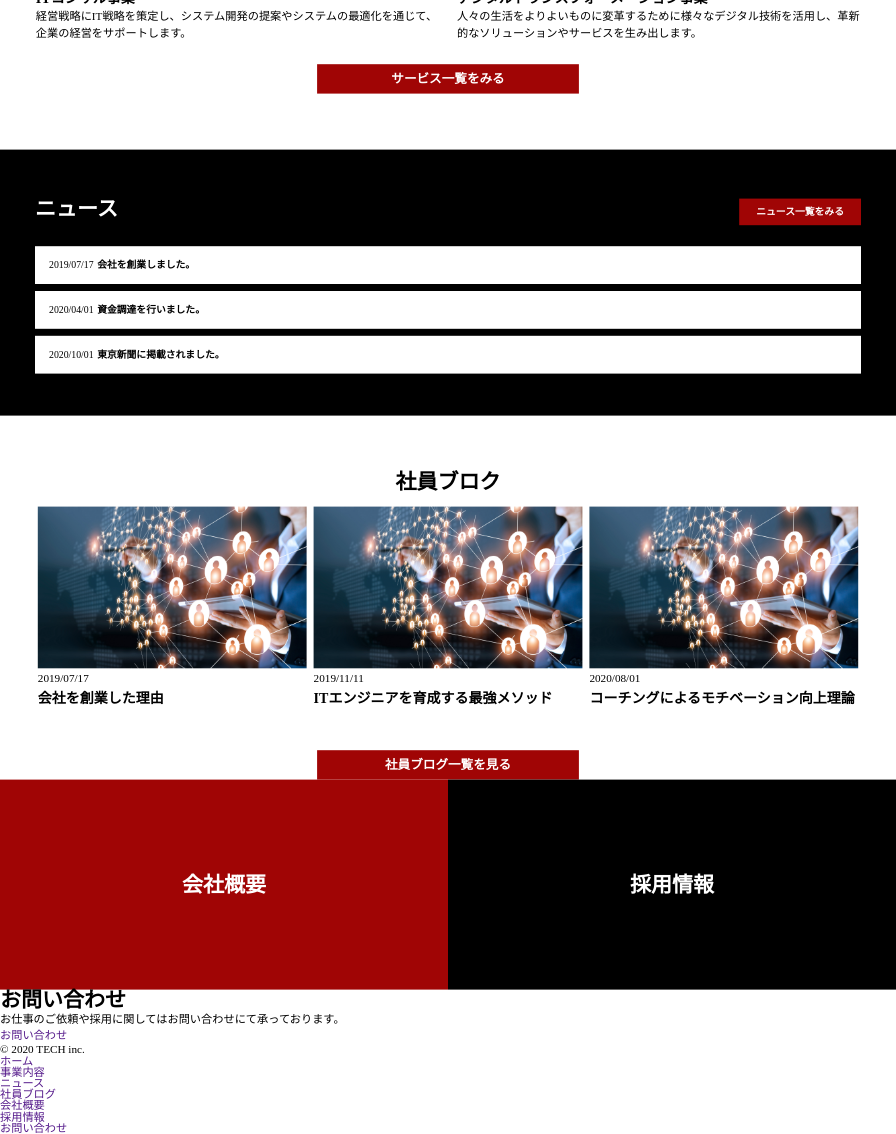
Repository: masanarimiura/20220516_miura
Page: index.html
The author's editor kept a copy of each file at every save. The page is drawn from the files as they stood at one save, then again after the next save.
The browser window is 1280 px wide. The pictures show the part of the page from y = 1964 to 3884 px (the page is 3584 px tall before and 3884 px after), at 70% of full size.

Above is the page before, as saved 2022-05-13 20:56:04.

### index.html
<!DOCTYPE html>
<html lang="ja">

<head>
  <meta charset="UTF-8">
  <meta http-equiv="X-UA-Compatible" content="IE=edge">
  <meta name="viewport" content="width=device-width, initial-scale=1.0">
  <title>Document</title>
  <link rel="stylesheet" href="css/reset.css">
  <link rel="stylesheet" href="css/index.css">
</head>

<body>

  <header class="header">
    <h2 class="header__ttl">TECH</h2>
    <nav class="header__nav">
      <ul>
        <li><a href="" class="header__nav__item1">ホーム</a></li>
        <li><a href="" class="header__nav__item2">事業内容</a></li>
        <li><a href="" class="header__nav__item3">ニュース</a></li>
        <li><a href="" class="header__nav__item4">社員ブログ</a></li>
        <li><a href="" class="header__nav__item5">会社概要</a></li>
        <li><a href="" class="header__nav__item6">採用情報</a></li>
        <li><a href="" class="header__nav__item7">お問い合わせ</a></li>
      </ul>
    </nav>
  </header>

  <div class="eyecatch">
    <div class="eyecatch__content">
      <h1 class="eyecatch__content__ttl">最新のテクノロジーで社会課題を解決</h1>
      <p class="eyecatch__content__txt">solving social issues with the latest tdchnology</p>
    </div>
  </div>

  <div class="message">
    <div class="message__inner">
      <h2 class="message__ttl">株式会社TECHの想い</h2>
      <p class="message__txt">
        あらゆる産業において、新たなデジタル技術を使ってこれまでにないビジネスモデルを展開する新規参入者が養生し、ゲームチェンジが起ころうとしています。こうした中で、各企業は、競争力維持・強化のために。DXを迅速に進めていくことが求められています。しかし、DXにおいて投資コストは非常にかかります。株式会社TECHでは独自のオペレーションと人材教育により、他社よりも価格を抑えた開発を行います。
      </p>
    </div>
  </div>

  <div class="service">
    <h2 class="service__ttl">サービス</h2>
    <div class="service__inner">
      <div class="service__box">
        <img src="img/service1.png" alt="" class="service__box__img">
        <h3 class="service__box__ttl">IT人材育成事業</h3>
        <p class="service__box__txt">これまでに培った教育手法を生かして、短期間で即戦力のIT人材を育成します。</p>
      </div>
      <div class="service__box">
        <img src="img/service2.png" alt="" class="service__box__img">
        <h3 class="service__box__ttl">コーチング事業</h3>
        <p class="service__box__txt">目標達成を最短で実現するために、プロのコーチによるマンツーマンのサポートを実施します。</p>
      </div>
      <div class="service__box">
        <img src="img/service3.png" alt="" class="service__box__img">
        <h3 class="service__box__ttl">ITコンサル事業</h3>
        <p class="service__box__txt">経営戦略にIT戦略を策定し、システム開発の提案やシステムの最適化を通じて、企業の経営をサポートします。</p>
      </div>
      <div class="service__box">
        <img src="img/service4.png" alt="" class="service__box__img">
        <h3 class="service__box__ttl">デジタルトランスフォーメーション事業</h3>
        <p class="service__box__txt">人々の生活をよりよいものに変革するために様々なデジタル技術を活用し、革新的なソリューションやサービスを生み出します。</p>
      </div>
      <a href="" class="button">サービス一覧をみる</a>
    </div>
  </div>

  <div class="news">
    <div class="news__inner">
      <div class="news__ttl">
        <h2 class="news__ttl-txt">ニュース</h2>
        <a href="" class="service__link button">ニュース一覧をみる</a>
      </div>
      <div class="news__content">
        <ul class="news__content-inner">
          <li class="news__content-topic">
            <a herf="">2019/07/17<span>会社を創業しました。</span></a>
          </li>
          <li class="news__content-topic">
            <a herf="">2020/04/01<span>資金調達を行いました。</span></a>
          </li>
          <li class="news__content-topic">
            <a herf="">2020/10/01<span>東京新聞に掲載されました。</span></a>
          </li>
        </ul>
      </div>
    </div>
  </div>
  <div class="blog">
    <h2 class="blog__ttl">社員ブロク</h2>
    <div class="blog__inner">
      <div class="blog__box">
        <a href=""><img src="img/blog.png" alt="" class="blog__img"></a>
        <p class="blog__date">2019/07/17</p>
        <p class="blog__txt">会社を創業した理由</p>
      </div>
      <div class="blog__box">
        <a href=""><img src="img/blog.png" alt="" class="blog__img"></a>
        <p class="blog__date">2019/11/11</p>
        <p class="blog__txt">ITエンジニアを育成する最強メソッド</p>
      </div>
      <div class="blog__box">
        <a href=""><img src="img/blog.png" alt="" class="blog__img"></a>
        <p class="blog__date">2020/08/01</p>
        <p class="blog__txt">コーチングによるモチベーション向上理論</p>
      </div>
    </div>
    <a href="" class="button blog__link">社員ブログ一覧を見る</a>
  </div>

  <div class="info">
    <div class="info__company"><a href="">会社概要</a></div>
    <div class="info__recruit"><a href="">採用情報</a></div>
  </div>

  <div class="contact">
    <h2 class="contact__ttl">お問い合わせ</h2>
    <p class="contact__txt">お仕事のご依頼や採用に関してはお問い合わせにて承っております。</p>
    <p class="contact__link"><a href="">お問い合わせ</a></p>
  </div>

  <footer class="footer">
    <div class="footer__copy">&copy; 2020 TECH inc.</div>
    <ul class="footer__nav">
      <li><a href="" class="footer__nav__item1">ホーム</a></li>
      <li><a href="" class="footer__nav__item2">事業内容</a></li>
      <li><a href="" class="footer__nav__item3">ニュース</a></li>
      <li><a href="" class="footer__nav__item4">社員ブログ</a></li>
      <li><a href="" class="footer__nav__item5">会社概要</a></li>
      <li><a href="" class="footer__nav__item6">採用情報</a></li>
      <li><a href="" class="footer__nav__item7">お問い合わせ</a></li>
    </ul>
  </footer>


  <script src="js/main.js"></script>
</body>

</html>

### css/reset.css
/*
html5doctor.com Reset Stylesheet
v1.6.1
Last Updated: 2010-09-17
Author: Richard Clark - http://richclarkdesign.com
Twitter: @rich_clark
*/
html,
body,
div,
span,
object,
iframe,
h1,
h2,
h3,
h4,
h5,
h6,
p,
blockquote,
pre,
abbr,
address,
cite,
code,
del,
dfn,
em,
img,
ins,
kbd,
q,
samp,
small,
strong,
sub,
sup,
var,
b,
i,
dl,
dt,
dd,
ol,
ul,
li,
fieldset,
form,
label,
legend,
table,
caption,
tbody,
tfoot,
thead,
tr,
th,
td,
article,
aside,
canvas,
details,
figcaption,
figure,
footer,
header,
hgroup,
menu,
nav,
section,
summary,
time,
mark,
audio,
video {
  margin: 0;
  padding: 0;
  border: 0;
  outline: 0;
  font-size: 100%;
  vertical-align: baseline;
  background: transparent;
}

body {
  line-height: 1;
}

article,
aside,
details,
figcaption,
figure,
footer,
header,
hgroup,
menu,
nav,
section {
  display: block;
}

nav ul {
  list-style: none;
}

blockquote,
q {
  quotes: none;
}

blockquote:before,
blockquote:after,
q:before,
q:after {
  content: "";
  content: none;
}

a {
  margin: 0;
  padding: 0;
  font-size: 100%;
  vertical-align: baseline;
  background: transparent;
}

/* change colours to suit your needs */
ins {
  background-color: #ff9;
  color: #000;
  text-decoration: none;
}

/* change colours to suit your needs */
mark {
  background-color: #ff9;
  color: #000;
  font-style: italic;
  font-weight: bold;
}

del {
  text-decoration: line-through;
}

abbr[title],
dfn[title] {
  border-bottom: 1px dotted;
  cursor: help;
}

table {
  border-collapse: collapse;
  border-spacing: 0;
}

/* change border colour to suit your needs */
hr {
  display: block;
  height: 1px;
  border: 0;
  border-top: 1px solid #cccccc;
  margin: 1em 0;
  padding: 0;
}

input,
select {
  vertical-align: middle;
}

### css/index.css
h2 {
  font-size: 30px;
  font-weight: bold;
}
h3 {
  font-size: 20px;
  font-weight: bold;
  line-height: 1.5;
}
a {
  text-decoration: none;
}
p {
  line-height: 1.5;
}
.button {
  display: block;
  text-align: center;
  color: #fff;
  font-size: 18px;
  font-weight: bold;
  background-color: rgb(160, 5, 5);
  width: 350px;
  padding: 12px;
}

.header {
  display: flex;
  justify-content: space-between;
  text-align: center;
  padding: 20px 30px;
  position: sticky;
  top: 0;
  background-color: #fff;
  z-index: 1;
}
.header__nav ul {
  display: flex;
  justify-content: space-between;
}
.header__nav ul li {
  padding: 0 15px;
  font-size: 16px;
  font-weight: bold;
}
.header__nav ul li a {
  color: #000;
}

.eyecatch {
  display: flex;
  justify-content: center;
  align-items: center;
  text-align: center;
  background: url(../img/mv.png) center/ cover;
  height: 80vh;
}
.eyecatch__content {
  color: #fff;
}
.eyecatch__content__ttl {
  font-size: 50px;
  padding: 20px;
  line-height: 1.5;
}
.eyecatch__content__txt {
  font-weight: bold;
  font-size: 20px;
  padding: 20px;
}

.message {
  background: #000;
  display: flex;
  justify-content: center;
  align-items: center;
}
.message__inner {
  padding: 80px 80px;
}
.message__ttl {
  color: #fff;
}
.message__txt {
  color: #fff;
  line-height: 2;
  text-align: justify;
  padding: 20px 0 0;
}

.service {
  margin-top: 100px;
}
.service__ttl {
  text-align: center;
  margin-bottom: 30px;
}
.service__inner {
  display: flex;
  align-items: center;
  flex-wrap: wrap;
  justify-content: center;
}
.service__box {
  width: 45%;
  height: auto;
  padding: 1%;
  margin-bottom: 20px;
}
.service__box img {
  width: 100%;
  height: auto;
}
.service__button {
  margin-top: 50px;
}
.news {
  background: #000;
  margin-top: 80px;
}
.news__inner {
  padding: 50px 50px;
}
.news__ttl {
  display: flex;
  justify-content: space-between;
  padding: 20px 0;
}
.news__ttl-txt {
  color: #fff;
}
.service__link {
  width: 150px;
  font-size: 14px;
}
.news__content-topic a {
  background-color: #fff;
  margin: 10px 0;
  padding: 20px;
  font-size: 14px;
  display: block;
}
.news__content-topic span {
  font-weight: bold;
  display: inline-block;
  padding: 0 5px;
}

.blog {
  margin-top: 80px;
}
.blog__ttl {
  text-align: center;
}
.blog__inner {
  display: flex;
  justify-content: center;
}
.blog__box {
  width: 30%;
  margin: 20px 5px;
}
.blog__box img {
  width: 100%;
}
.blog__txt {
  font-weight: bold;
  font-size: 20px;
}
.blog__link {
  margin: 40px auto 0;
}

.info {
  display: flex;
}
.info__company {
  width: 50%;
  height: 300px;
  background: rgb(160, 5, 5);
  display: flex;
  justify-content: center;
  align-items: center;
}
.info__recruit {
  width: 50%;
  height: 300px;
  background: #000;
  display: flex;
  justify-content: center;
  align-items: center;
}
.info a {
  color: #fff;
  font-size: 30px;
  font-weight: bold;
}

Loaded but not shown: js/main.js (no copy from this time; the picture is the same without it)

After the next save:
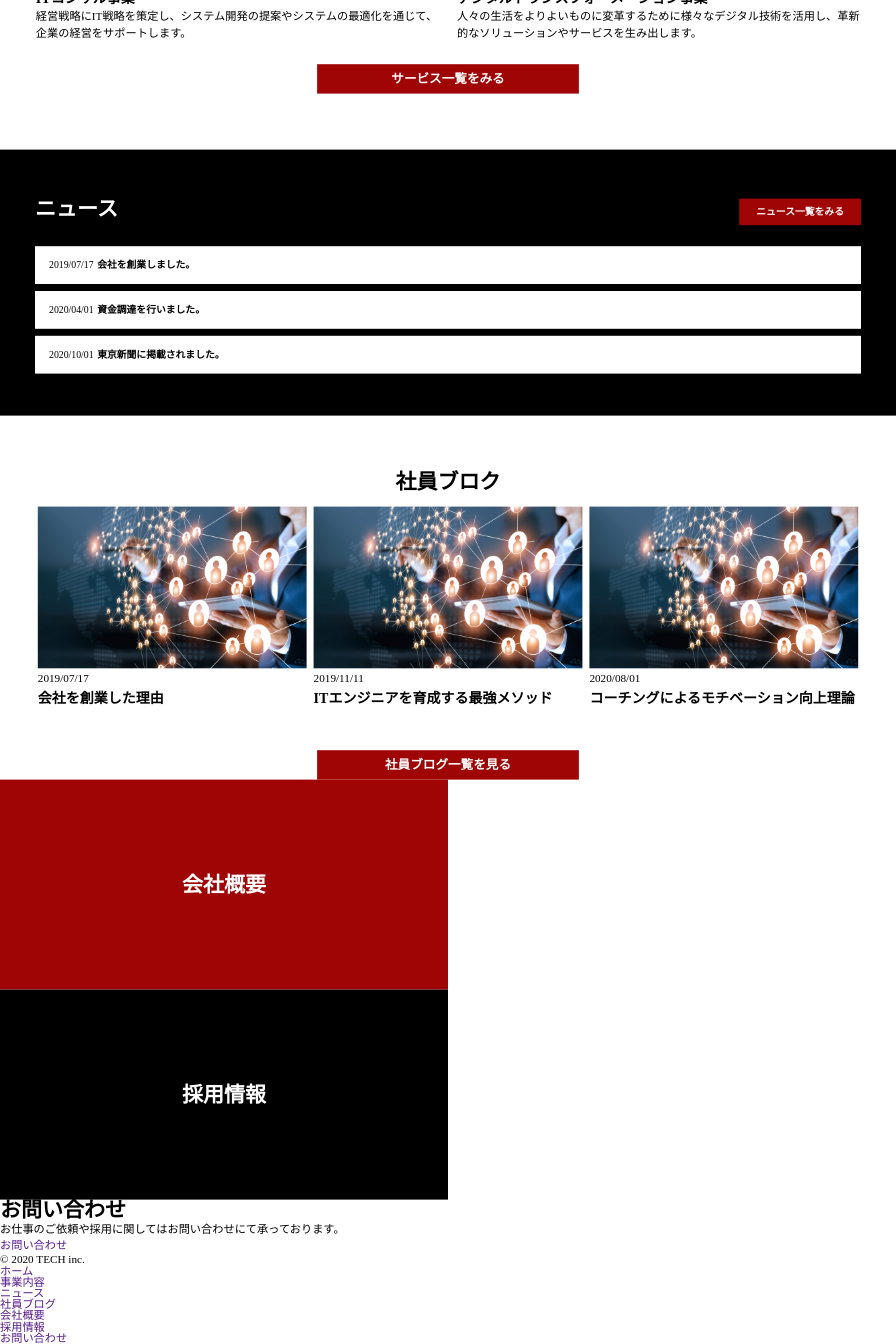
Saved 10 s later.
--- a/css/index.css
+++ b/css/index.css
@@ -172,6 +172,7 @@ p {
 }
 
 .info {
+  mt
   display: flex;
 }
 .info__company {
